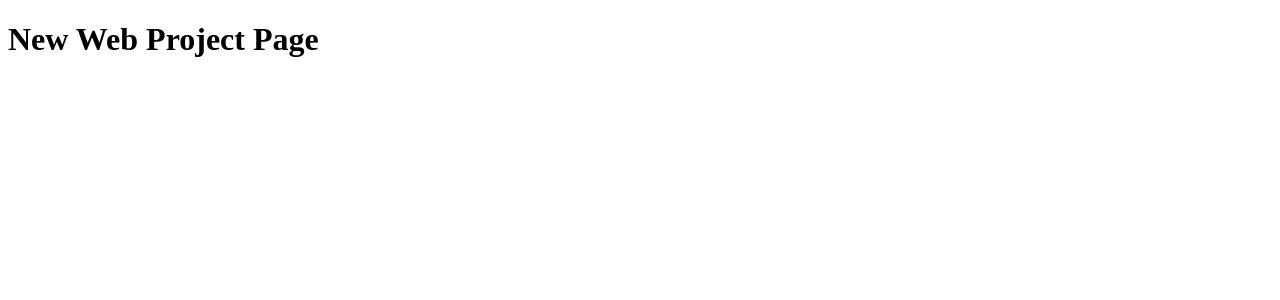
Repository: jkastrup/Kastrup_Jason_WPF
Page: Functions_Personal/Functions_Personal/index.html
The author's editor kept a copy of each file at every save. The page is drawn from the files as they stood at one save, then again after the next save.
The browser window is 1280 px wide. The pictures show the whole page.

Above is the page before, as saved 2014-03-27 22:51:11.

After the next save:
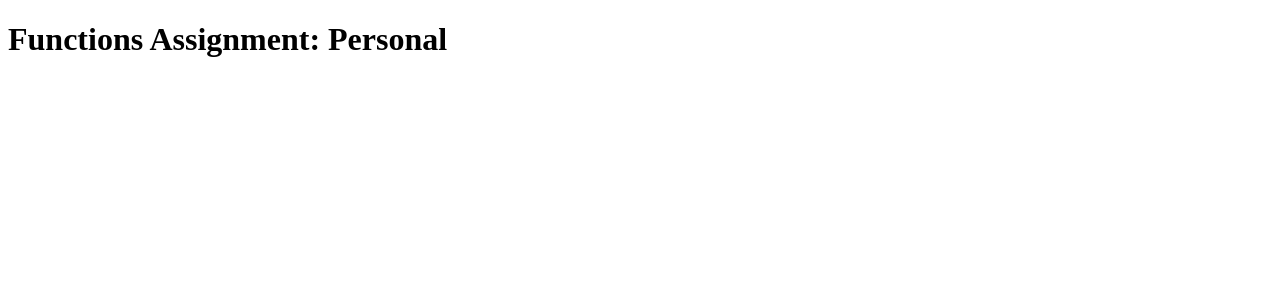
Saved 32 s later.
--- a/Functions_Personal/Functions_Personal/index.html
+++ b/Functions_Personal/Functions_Personal/index.html
@@ -3,9 +3,10 @@
 <html xmlns="http://www.w3.org/1999/xhtml">
 	<head>
 		<meta http-equiv="Content-Type" content="text/html; charset=utf-8" />
-		<title>New Web Project</title>
+		<title>Functions Assignment: Personal</title>
 	</head>
 	<body>
-		<h1>New Web Project Page</h1>
+		<h1>Functions Assignment: Personal</h1>
+		<script src="js/script.js"></script>
 	</body>
 </html>
